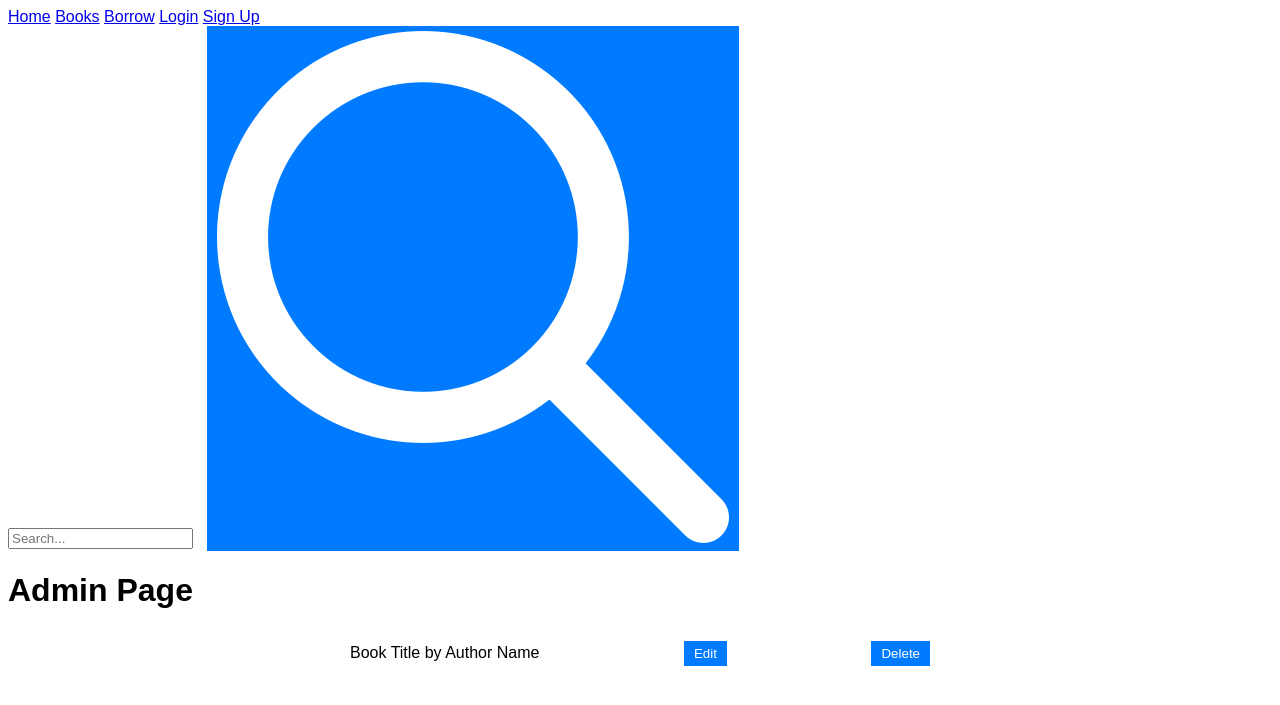
Repository: fadyesk12/Web-Technology-Course-Project
Page: auth/admin.html
An editor plug-in stored every save of this project. The page is shown before and after a run of saves, followed by the edit.
The browser window is 1280 px wide. The pictures show the whole page.

Above is the page before, as saved 2024-04-20 09:26:00.

After the next 2 saves:
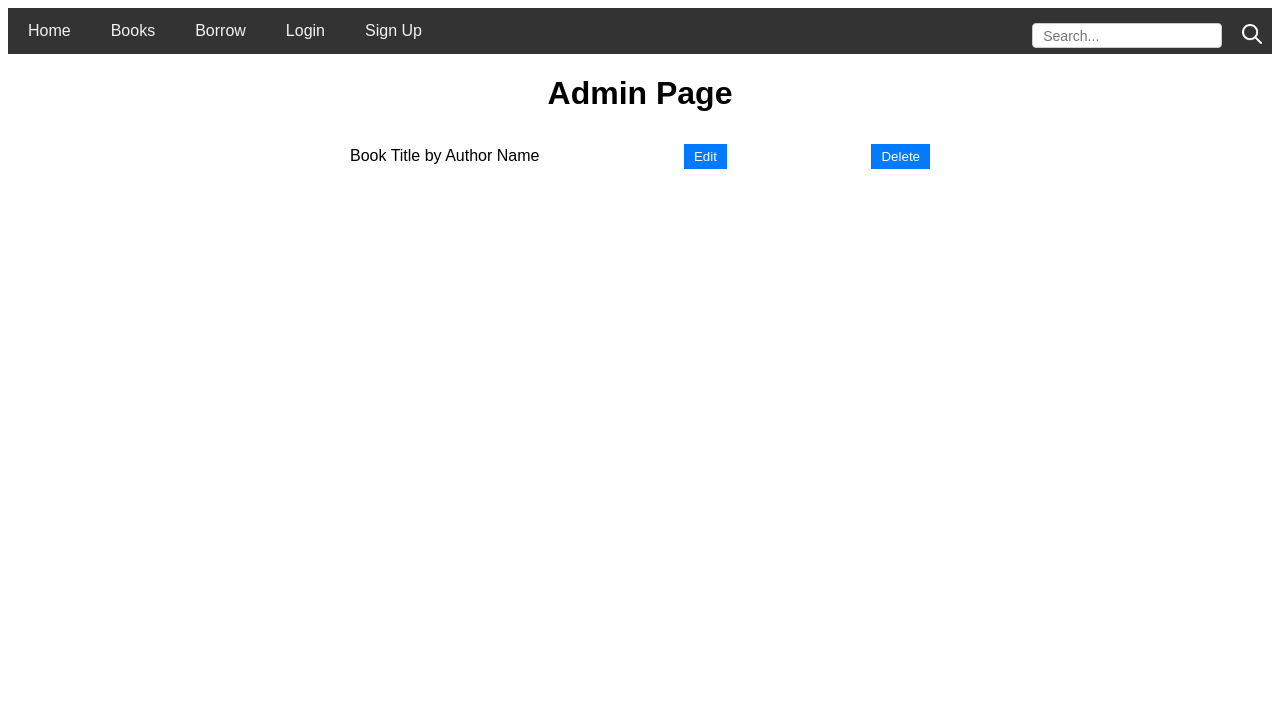
The 2 saves are shown as one change because they came seconds apart.
The last was saved 28 s later.
--- a/Styling/admin.css
+++ b/Styling/admin.css
@@ -1,3 +1,107 @@
+#navbar {
+    overflow: hidden;
+    background-color: #333;
+}
+
+#navbar a {
+    float: left;
+    display: block;
+    color: #f2f2f2;
+    text-align: center;
+    padding: 14px 20px;
+    text-decoration: none;
+}
+
+#navbar a:hover {
+    background-color: #ddd;
+    color: black;
+}
+
+body {
+    font-family: Arial, sans-serif;
+}
+
+.container {
+    max-width: 600px;
+    margin: 50px auto;
+    padding: 20px;
+    border: 1px solid #ddd;
+    border-radius: 5px;
+    background-color: #f9f9f9;
+    box-shadow: 0 0 10px rgba(0, 0, 0, 0.1);
+}
+
+.form-group {
+    margin-bottom: 20px;
+}
+
+label {
+    display: block;
+    font-weight: bold;
+    margin-bottom: 5px;
+}
+
+h1,
+h2 {
+    text-align: center;
+}
+
+form {
+    margin-top: 10px;
+}
+
+
+input[type="text"],
+input[type="password"],
+input[type="email"],
+select {
+    width: 100%;
+    padding: 10px;
+    border: 1px solid #ccc;
+    border-radius: 4px;
+    box-sizing: border-box;
+}
+
+input[type="submit"] {
+    width: 100%;
+    background-color: #4CAF50;
+    color: #fff;
+    padding: 10px 20px;
+    border: none;
+    border-radius: 4px;
+    cursor: pointer;
+}
+
+input[type="submit"]:hover {
+    background-color: #45a049;
+}
+
+.search {
+    margin-top: 5px;
+    float: right;
+}
+
+.search input {
+    width: 75%;
+    height: 25px;
+    font-size: 14px;
+}
+
+.search img {
+    width: 20px;
+}
+
+.search button {
+    background-color: #333;
+    border: 0;
+    height: 25px;
+    padding: 0 10px;
+}
+
+.search form {
+    display: flex;
+    justify-content: flex-end;
+}
 body {
     font-family: Arial, sans-serif;
 }
